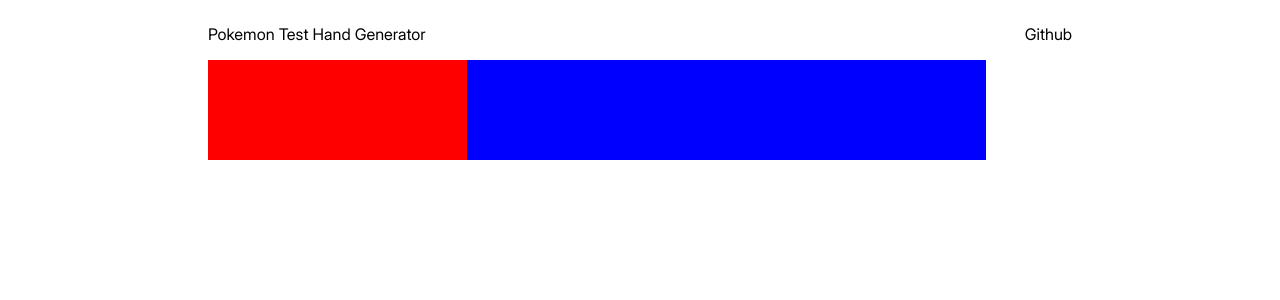
Repository: danielj1415/test-hand-simulator
Page: /
These files come from the project's save history. The page is drawn as it stood at one moment and after the next save; the edit follows.
The browser window is 1280 px wide. The pictures show the whole page.
The project was rebuilt for these pictures with package versions that can differ from the ones it lists, and the page was loaded fresh each time. Also part of the build but not shown: vite.config.ts, src/index.css.

Above is the page before, as saved 2024-10-30 17:30:44.

After the next save:
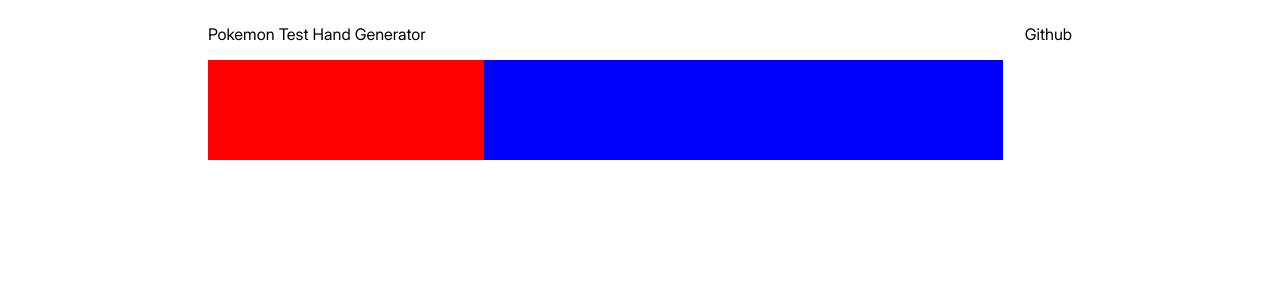
Saved 9 s later.
--- a/src/App.css
+++ b/src/App.css
@@ -24,7 +24,7 @@ p{
 }
 
 .inputDeck{
-  width: 30%;
+  width: 32%;
   background-color: red;
   height: 100px;
 }
